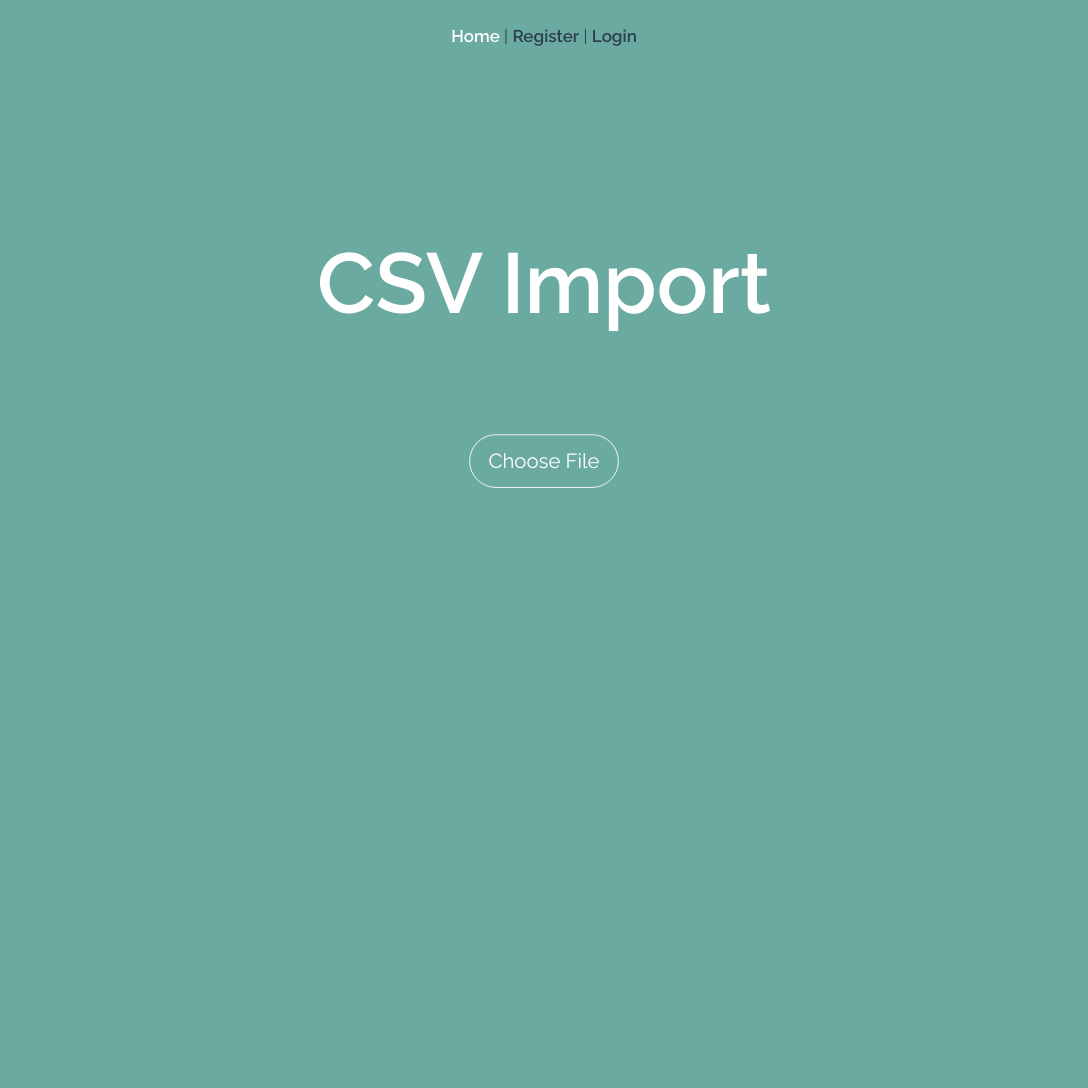
Repository: Flypr/licentaCSV
Page: /
An editor plug-in stored every save of this project. The page is shown before and after the next save, followed by the edit.
The browser window is 1280 px wide. The pictures show the whole page, at 85% of full size.
The project was rebuilt for these pictures with package versions that can differ from the ones it lists, and the page was loaded fresh each time.

Above is the page before, as saved 2021-03-16 18:20:04.

### public/index.html
<!DOCTYPE html>
<html lang="">
  <head>
    <meta charset="utf-8">
    <meta http-equiv="X-UA-Compatible" content="IE=edge">
    <meta name="viewport" content="width=device-width,initial-scale=1.0">
    <link rel="icon" href="<%= BASE_URL %>favicon.ico">
    <title><%= htmlWebpackPlugin.options.title %></title>

    <link rel="preconnect" href="https://fonts.gstatic.com">
    <link
        href="https://fonts.googleapis.com/css2?family=Raleway:ital,wght@0,200;0,300;0,400;0,600;1,100;1,200;1,300;1,400&display=swap"
        rel="stylesheet">
    <!-- <link rel="stylesheet" type="text/css" href="../src/assets/style.css"> -->

  </head>
  <body>
    <noscript>
      <strong>We're sorry but <%= htmlWebpackPlugin.options.title %> doesn't work properly without JavaScript enabled. Please enable it to continue.</strong>
    </noscript>
    <div id="app"></div>
    <!-- built files will be auto injected -->
  </body>
</html>

### src/App.vue
<template>
  <div id="app">
    <Nav></Nav>
    <router-view />
  </div>
</template>

<script>
import Nav from '@/components/Nav'
export default {
  name: 'App',
  components: {
    Nav
  }
}
</script>

<style>
html,
body {
    margin: 0;
    padding: 0;
    font-size: 20px;
    font-family: Raleway, Arial, Helvetica, sans-serif;
}

#app {
  font-family: Raleway, Helvetica, Arial, sans-serif;
  -webkit-font-smoothing: antialiased;
  -moz-osx-font-smoothing: grayscale;
  text-align: center;
  /* width: 100vw; */
  height: 100vw;
  background-color: #6baaa1;
  color: #2c3e50;
  margin: 0;
  padding: 0;
}
</style>

### src/router/index.js
import Vue from "vue";
import VueRouter from "vue-router";

Vue.use(VueRouter);

const routes = [
  {
    path: "/",
    name: "Home",
    component: () =>
      import(/* webpackChunkName: "Home" */ "../views/Home.vue")
  },
  {
    path: "/register",
    name: "Register",
    component: () =>
      import(/* webpackChunkName: "register" */ "../views/Register.vue")
  },
  {
    path: "/login",
    name: "Login",
    component: () =>
      import(/* webpackChunkName: "login" */ "../views/Login.vue")
  }
];

const router = new VueRouter({
  mode: 'history',
  routes
});

export default router;

### src/components/Nav.vue
<template>
    <div id="nav">
      <router-link to="/">Home</router-link> |
      <router-link to="/register">Register</router-link> |
      <router-link to="/login">Login</router-link>
    </div>
</template>

<script>
export default {
    name: 'Nav'
}
</script>

<style scoped>
#nav {
  padding: 30px;
}

#nav a {
  font-weight: bold;
  color: #2c3e50;
  text-decoration: none;
}

#nav a:hover,
#nav a:active {
  color: #fff;
}

#nav a.router-link-exact-active {
  color: #fff;
}
</style>

### src/views/Home.vue
<template>
    <div class="container">
        <div class="row">
            <div class="title-text">
                <p>CSV Import</p>
            </div>
        </div>
        <div class="row file-btn">
            <label class="custom-file-upload">
                <input type="file" id="csv" name="csv_file" class="button-control" @change="loadCSV($event)">
                Choose File
            </label>
        </div>
        <table v-if="parse_csv">
            <thead>
                <tr>
                    <th v-for="key in parse_header"
                        @click="sortBy(key)"
                        :class="{ active: sortKey == key }"
                        :key="key"
                    >
                        {{ key | capitalize }}
                        <span class="arrow" :class="sortOrders[key] > 0 ? 'asc' : 'dsc'"></span>
                    </th>
                </tr>
            </thead>
            <tr v-for="csv in parse_csv" :key="csv">
                <td v-for="key in parse_header" :key="key">
                    {{ csv[key] }}
                </td>
            </tr>
        </table>
    </div>
</template>

<script>
export default {
    name: 'Home',
    data() {
        return {
            channel_name: '',
            channel_fields: [],
            channel_entries: [],
            parse_header: [],
            parse_csv: [],
            sortOrders:{},
            sortKey: '',
            result: []
        }
    },
    filters: {
      capitalize: function (str) {
        return str.charAt(0).toUpperCase() + str.slice(1)
      }
    },
    methods: {
      sortBy(key) {
        var vm = this
        vm.sortKey = key
        vm.sortOrders[key] = vm.sortOrders[key] * -1
      },
      csvJSON(csv){
        var vm = this
        var lines = csv.split("\n")
        var result = []
        var headers = lines[0].split(",")
        vm.parse_header = lines[0].split(",")
        lines[0].split(",").forEach(function (key) {
          vm.sortOrders[key] = 1
        })

        lines.map(function(line, indexLine){
          if (indexLine < 1) return // Jump header line

          var obj = {}
          var currentline = line.split(",")

          headers.map(function(header, indexHeader){
            obj[header] = currentline[indexHeader]
          })

          result.push(obj)
        })

        result.pop() // remove the last item because undefined values

        return result // JavaScript object
      },
      loadCSV(e) {
        var vm = this
        if (window.FileReader) {
          var reader = new FileReader();
          reader.readAsText(e.target.files[0]);
          // Handle errors load
          reader.onload = function(event) {
            var csv = event.target.result;
            vm.parse_csv = vm.csvJSON(csv)

          };
          reader.onerror = function(evt) {
            if(evt.target.error.name == "NotReadableError") {
              alert("Canno't read file !");
            }
          };
        } else {
          alert('FileReader are not supported in this browser.');
        }
      },

    }
}
</script>

<style scoped>
/* html,
body {
    margin: 0;
    padding: 0;
    font-size: 20px;
    font-family: Raleway, Arial, Helvetica, sans-serif;
}

.container {
    width: 100vw;
    height: 100vw;
    background-color: #6baaa1;
} */

.title-text {
    padding-top: 7%;
    font-size: 500%;
    font-weight: 600;
    text-align: center;
    color: #fff;
}

.file-btn {
    padding: 20px;
    text-align: center;
}

input[type=file] {
    display: none;
}

.custom-file-upload,
.custom-file-upload:visited {
    border: 1px solid #fff;
    border-radius: 50px;
    display: inline-block;
    padding: 16px 22px;
    cursor: pointer;
    font-size: 120%;
    font-weight: 400;
    color: #fff;
    transition: background-color 0.2s, color 0.2s;
}

.custom-file-upload:hover {
    background-color: #fff;
    color: #6baaa1;
}

h1,
h2,
h3,
h4,
h5,
h6 {
    margin: 0;
}

table {
    border-collapse: collapse;
    margin: 50px auto;
}

thead {
    background-color: #fff;
    color: #6baaa1;
}

tbody {
    color: #fff;
}

td,
th {
    border: 1px solid #fff;
    text-align: left;
    padding: 16px 26px;
}
</style>

Loaded but not shown: src/main.js (common file); src/store/index.js (common file)

After the next save:
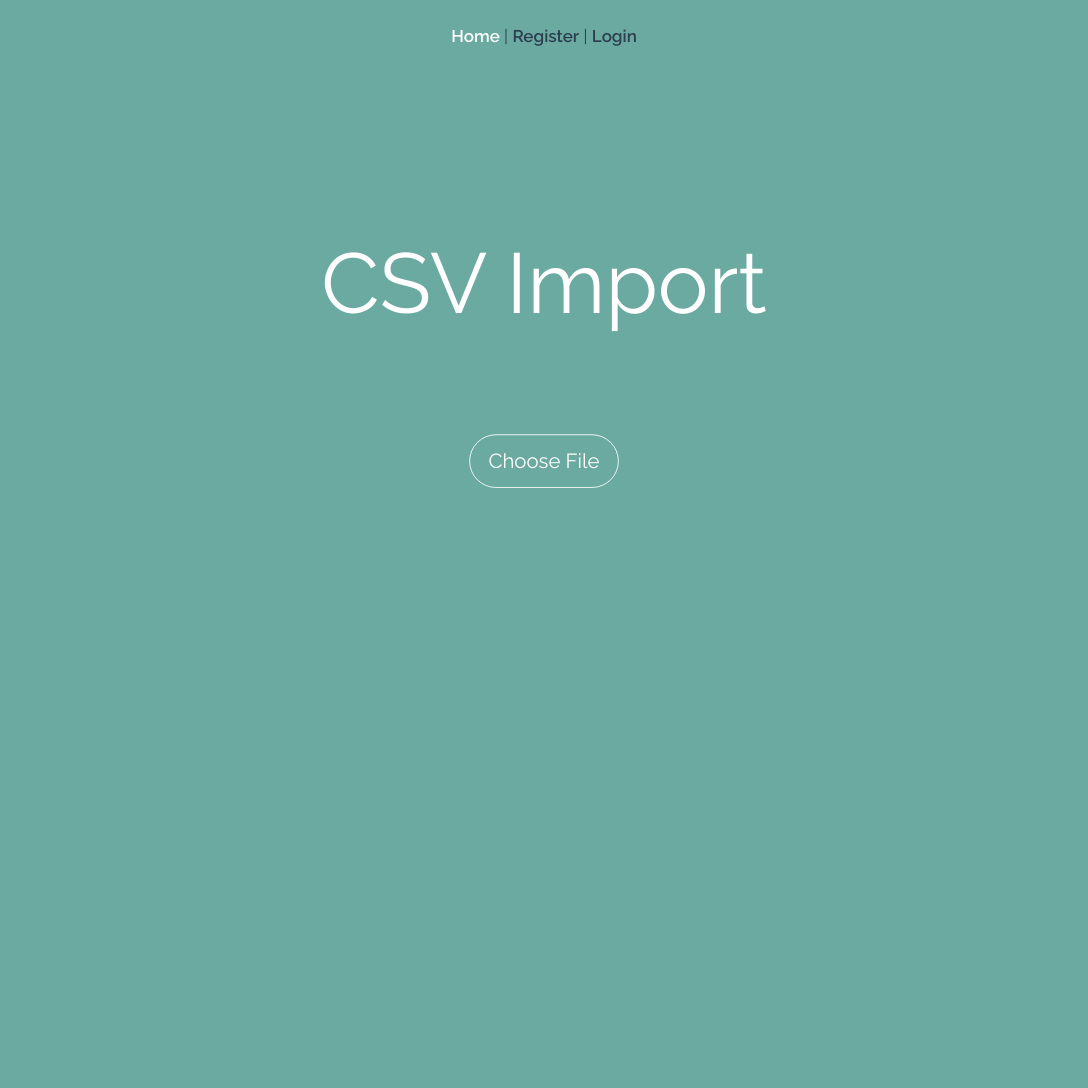
Saved 49 s later.
--- a/src/views/Home.vue
+++ b/src/views/Home.vue
@@ -129,7 +129,7 @@ body {
 .title-text {
     padding-top: 7%;
     font-size: 500%;
-    font-weight: 600;
+    font-weight: 400;
     text-align: center;
     color: #fff;
 }
